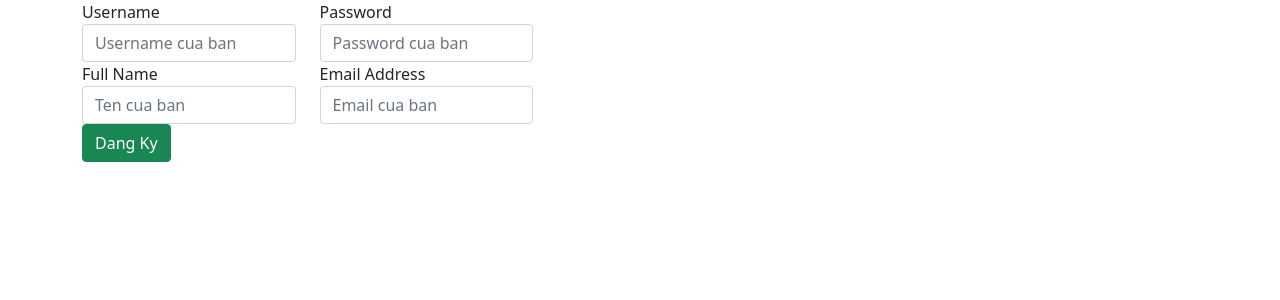
Repository: kiennd3921/AssJava4
Page: http://localhost/Assignment/view/auth/DangKy.jsp
An editor plug-in stored every save of this project. The page is shown before and after the next save, followed by the edit.
The browser window is 1280 px wide. The pictures show the whole page.
The page is served by Tomcat 9. Other server files are loaded and not shown.

Above is the page before, as saved 2021-04-15 15:27:25.

### PT15307-UD/Assignment/WebContent/view/auth/DangKy.jsp
<%@ page language="java" contentType="text/html; charset=ISO-8859-1"
	pageEncoding="UTF-8"%>
<!DOCTYPE html>
<html>
<head>
<meta charset="UTF-8">
<meta name="viewport" content="width = device-width, initial-scale=1.0">
<title>Insert title here</title>
<%@ taglib uri="http://java.sun.com/jstl/core_rt" prefix="c"%>
<link rel="stylesheet" type="text/css">
<link
	href="https://cdn.jsdelivr.net/npm/bootstrap@5.0.0-beta2/dist/css/bootstrap.min.css"
	rel="stylesheet"
	integrity="sha384-BmbxuPwQa2lc/FVzBcNJ7UAyJxM6wuqIj61tLrc4wSX0szH/Ev+nYRRuWlolflfl"
	crossorigin="anonymous">

</head>
<body>
	<div class="container">
		<div class="row">
			<div class="col-md-5">
				<form>
					<h2Dang Ky</h2>
					<div class="row">
						<div class="col">
							<label>Username</label> <input type="text" class="form-control"
								placeholder="Username cua ban" required name="">
						</div>
						<div class="col">
							<label>Password</label> <input type="password"
								class="form-control" placeholder="Password cua ban" required
								name="">
						</div>
					</div>
					<div class="row">
						<div class="col">
							<label>Full Name</label> <input type="text" class="form-control"
								placeholder="Ten cua ban" required name="">
						</div>
						<div class="col">
							<label>Email Address</label> <input type="email"
								class="form-control" placeholder="Email cua ban" required
								name="">
						</div>
					</div>
					<div class="form-group">
						<button class="btn btn-success" type="submit">Dang Ky</button>
					</div>
				</form>
			</div>
		</div>
	</div>
</body>
</html>

After the next save:
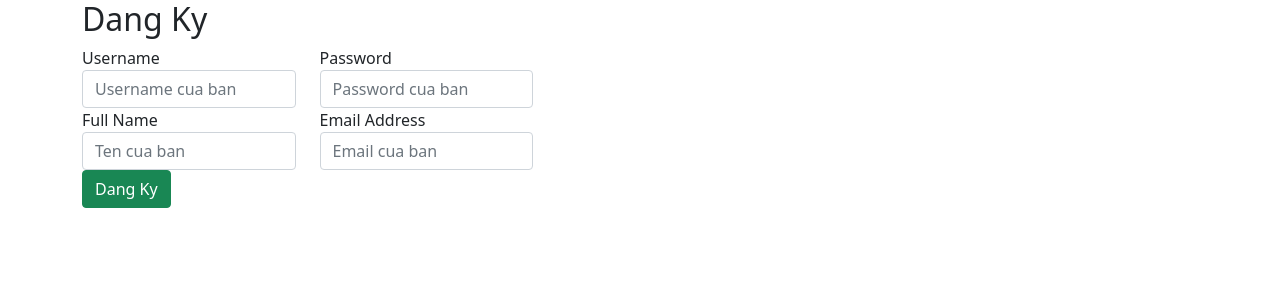
Saved 15 s later.
--- a/PT15307-UD/Assignment/WebContent/view/auth/DangKy.jsp
+++ b/PT15307-UD/Assignment/WebContent/view/auth/DangKy.jsp
@@ -20,7 +20,7 @@
 		<div class="row">
 			<div class="col-md-5">
 				<form>
-					<h2Dang Ky</h2>
+					<h2>Dang Ky</h2>
 					<div class="row">
 						<div class="col">
 							<label>Username</label> <input type="text" class="form-control"
